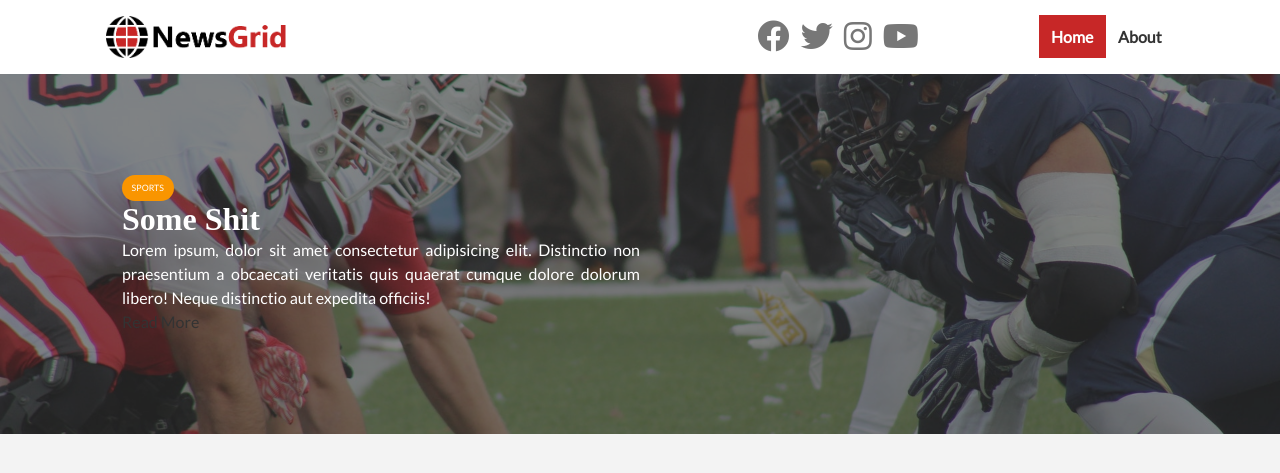
Repository: EswinGiova/NewsGrid
Page: index.html
An editor plug-in stored every save of this project. The page is shown before and after the next save, followed by the edit.
The browser window is 1280 px wide. The pictures show the whole page.
Some web libraries are served in a nearby version.

Above is the page before, as saved 2020-09-19 20:12:06.

### index.html
<!DOCTYPE html>
<html lang="en">
  <head>
    <meta charset="UTF-8" />
    <meta name="viewport" content="width=device-width, initial-scale=1.0" />
    <link rel="shortcut icon" type="image/x-icon" href="favicon.ico" />
    <link
      href="https://fonts.googleapis.com/css2?family=Lato&family=Staatliches&display=swap"
      rel="stylesheet"
    />
    <link rel="stylesheet" href="./css/style.css" />
    <link
      rel="stylesheet"
      media="screen and (max-width: 768px)"
      href="./css/mobile.css"
    />

    <link
      rel="stylesheet"
      href="https://cdnjs.cloudflare.com/ajax/libs/font-awesome/5.14.0/css/all.min.css"
      integrity="sha512-1PKOgIY59xJ8Co8+NE6FZ+LOAZKjy+KY8iq0G4B3CyeY6wYHN3yt9PW0XpSriVlkMXe40PTKnXrLnZ9+fkDaog=="
      crossorigin="anonymous"
    />

    <title>NewsGrid | Latest News</title>
  </head>
  <body>
    <nav id="main-nav">
      <div class="container">
        <img src="./image_resources/logo.png" alt="" class="logo" />
        <div class="social">
          <a href="#" target="_blank"><i class="fab fa-facebook fa-2x"></i></a>
          <a href="#" target="_blank"><i class="fab fa-twitter fa-2x"></i></a>
          <a href="#" target="_blank"><i class="fab fa-instagram fa-2x"></i></a>
          <a href="#" target="_blank"><i class="fab fa-youtube fa-2x"></i></a>
        </div>
        <ul>
          <li><a href="#" class="current">Home</a></li>
          <li><a href="#">About </a></li>
        </ul>
      </div>
    </nav>

    <header id="showcase">
      <div class="container">
        <div class="showcase-container">
          <div class="showcase-content">
            <div class="category category-sports">Sports</div>
            <h1>Some Shit</h1>
            <p>
              Lorem ipsum, dolor sit amet consectetur adipisicing elit.
              Distinctio non praesentium a obcaecati veritatis quis quaerat
              cumque dolore dolorum libero! Neque distinctio aut expedita
              officiis!
            </p>
            <a href="./article.html" class="btn btn-primary">Read More </a>
          </div>
        </div>
      </div>
    </header>
  </body>
</html>

### css/style.css
:root {
  --primary-color: #c72727;
  --secondary-color: #f99500;
  --light-color: #f3f3f3;
  --dark-color: #333;
  --max-width: 1100px;
}

.category {
  --sports-color: #f99500;
  --ent-color: #a66bbe;
  --tech-color: #009cff;
}
* {
  margin: 0;
  padding: 0;
  box-sizing: border-box;
}
body {
  font-family: 'Lato', sans-serif;
  line-height: 1.5;
  background: var(--light-color);
}

a {
  color: var(--dark-color);
  text-decoration: none;
}

ul {
  list-style: none;
}

img {
  width: 100%;
}

h1,
h2,
h3,
h4,
h5,
h6 {
  font-family: 'Staaliches', cursive;
  margin-bottom: 0.55rem;
  line-height: 1.3rem;
}

/*  utility class */

.container {
  max-width: var(--max-width);
  margin: auto;
  padding: 0 2rem;
  overflow: hidden;
}

/* category */

.category {
  display: inline-block;
  color: #fff;
  font-size: 0.55rem;
  text-transform: uppercase;
  padding: 0.4rem 0.6rem;
  border-radius: 15px;
  margin-bottom: 0.5rem;
}

.category-sports {
  background: var(--sports-color);
}
.category-ent {
  background: var(--ent-color);
}
.category-tech {
  background: var(--tech-color);
}

/* Navigation */
#main-nav {
  background: #fff;
  position: sticky;
  top: 0;
  z-index: 2;
}

#main-nav .container {
  display: grid;
  grid-template-columns: 6fr 3fr 2fr;
  padding: 1rem;
  align-items: center;
}

#main-nav .logo {
  width: 180px;
}

#main-nav ul {
  display: flex;
  justify-self: end;
}

#main-nav ul li a {
  padding: 0.77rem;
  font-weight: bold;
}

#main-nav ul li .current {
  background: var(--primary-color);
  color: white;
}

#main-nav ul li .current:hover {
  background: var(--light-color);
  color: var(--dark-color);
}
#main-nav .social {
  justify-self: center;
}

#main-nav .social i {
  color: #777;
  margin-left: 0.5rem;
}

/* showcase */
#showcase {
  background: #333;
  color: #fff;
  position: relative;
}

#showcase:before {
  content: '';
  background: url('../image_resources/featured.jpg') center center/cover;
  position: absolute;
  top: 0;
  left: 0;
  width: 100%;
  height: 100%;
  opacity: 0.4;
}
#showcase .showcase-container {
  height: 50vh;
  display: grid;
  grid-template-columns: repeat(2, 1fr);
  justify-content: center;
  align-content: center;
}
#showcase .showcase-container .showcase-content {
  z-index: 2;
  text-align: justify;
}

Loaded but not shown: css/mobile.css (no copy from this time; the picture is the same without it)

After the next save:
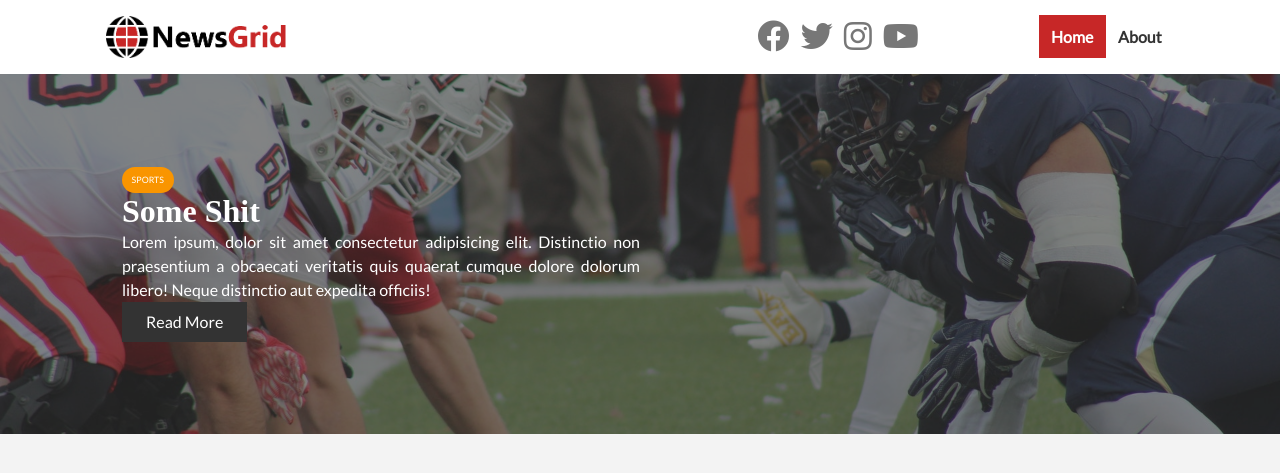
Saved 76 s later.
--- a/css/style.css
+++ b/css/style.css
@@ -77,6 +77,16 @@ h6 {
   background: var(--tech-color);
 }
 
+/* btn */
+
+.btn {
+  display: inline-block;
+  border: none;
+  background: var(--dark-color);
+  color: #fff;
+  padding: 0.5rem 1.5rem;
+}
+
 /* Navigation */
 #main-nav {
   background: #fff;
